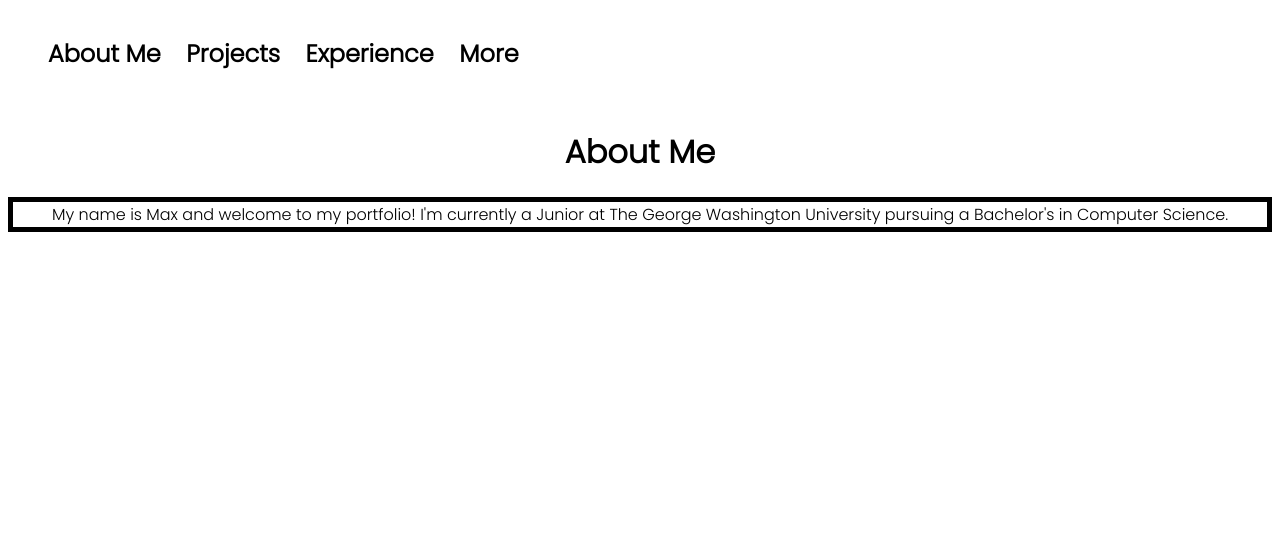
Repository: notMaximilian/maximilianaquino.github.io
Page: about.html
An editor plug-in stored every save of this project. The page is shown before and after a run of saves, followed by the edit.
The browser window is 1280 px wide. The pictures show the whole page.

Above is the page before, as saved 2022-02-10 09:47:38.

After the next 3 saves:
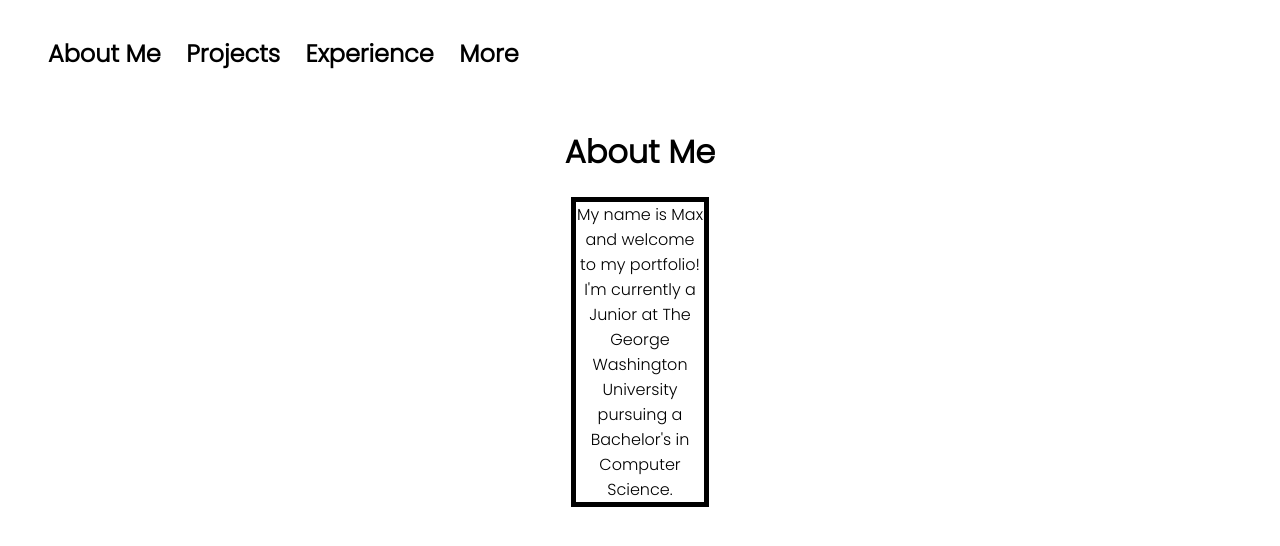
The 3 saves are shown as one change because they came seconds apart.
The last was saved 10 s later.
--- a/css/subpage.css
+++ b/css/subpage.css
@@ -37,7 +37,7 @@ h1{
 }
 
 p{
-    inline-size: 4;
+    inline-size: 10vw;
     font-family: "Poppins", sans-serif;
     text-align: center;
     border: 5px solid black;
